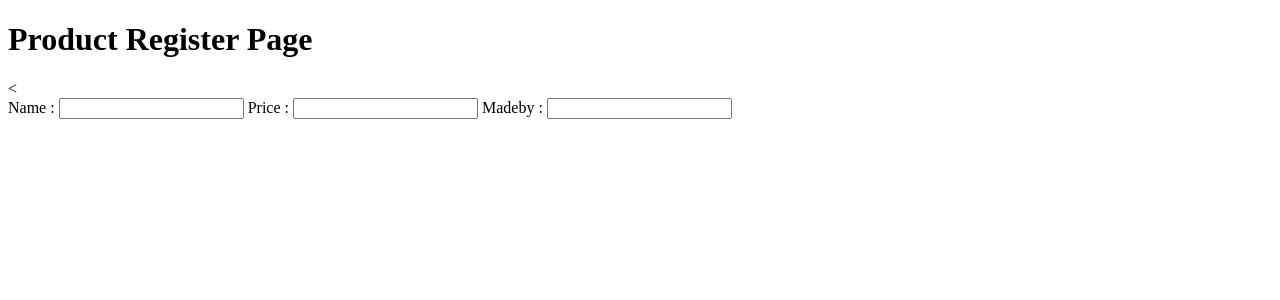
Repository: dhalfks/jsp_230602
Page: http://localhost/jsp_study/register.jsp
These files come from the project's save history. The page is drawn as it stood at one moment and after the next save; the edit follows.
The browser window is 1280 px wide. The pictures show the whole page.
The page is served by Tomcat 9. Nobody is signed in. The application's start-up code is not run.

Above is the page before, as saved 2023-05-11 01:20:38.

After the next save:
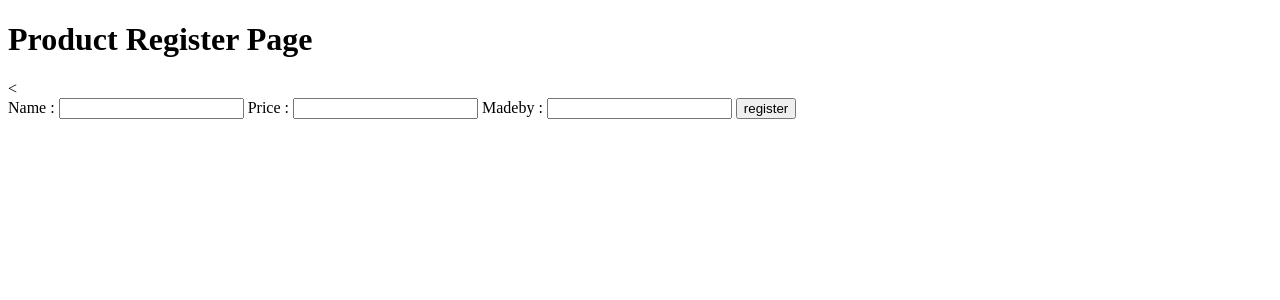
Saved 34 s later.
--- a/jsp_project1/jsp_study/src/main/webapp/register.jsp
+++ b/jsp_project1/jsp_study/src/main/webapp/register.jsp
@@ -14,6 +14,8 @@
 		Price : <input type="text" name="price">
 		Madeby : <input type="text" name="madeby">
 
+		<button type="submit">register</button>
+
 	</form>
 
 </body>
